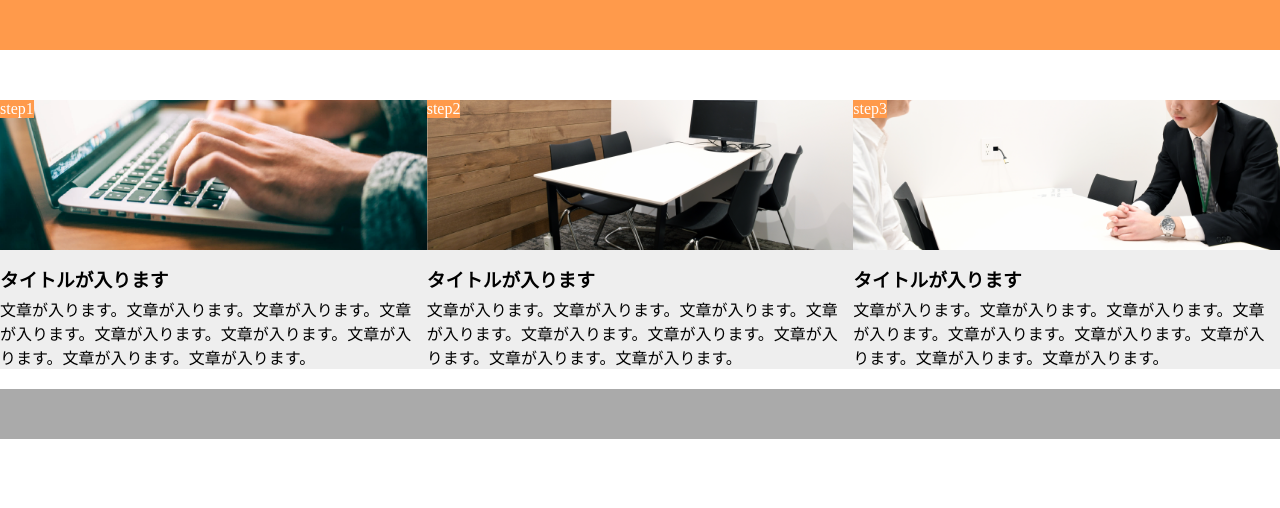
Repository: tttstk518/git-practice
Page: HTML/index.html
The author's editor kept a record of every edit. The page is drawn from the files as they stood at one moment, then again after the next edit.
The browser window is 1280 px wide. The pictures show the whole page.

Above is the page before.

### HTML/index.html
<!DOCTYPE html>
<html lang="ja">
  <head>
    <meta charset="UTF-8" />
    <title>9章演習</title>

    <!-- ビューポートの設定　-->
    <meta name="viewport" content="width=device-width,initial-scale=1">
    <!--　スタイルシートの読み込み　-->
    <link rel="stylesheet" href="style.css" />
  </head>

  <body>

    <header></header>

    <main>

      <div class="step-box">
        <div class="step-img1"></div>
        <span class="step-num">step1</span>
        <h3 class="title">タイトルが入ります</h3>
        <p class="text">
          文章が入ります。文章が入ります。文章が入ります。文章が入ります。文章が入ります。文章が入ります。文章が入ります。文章が入ります。文章が入ります。
        </p>
      </div>


      <div class="step-box">
        <div class="step-img2"></div>
        <span class="step-num">step2</span>
        <h3 class="title">タイトルが入ります</h3>
        <p class="text">
          文章が入ります。文章が入ります。文章が入ります。文章が入ります。文章が入ります。文章が入ります。文章が入ります。文章が入ります。文章が入ります。
        </p>
      </div>

      <div class="step-box">
        <div class="step-img3"></div>
        <span class="step-num">step3</span>
        <h3 class="title">タイトルが入ります</h3>
        <p class="text">
          文章が入ります。文章が入ります。文章が入ります。文章が入ります。文章が入ります。文章が入ります。文章が入ります。文章が入ります。文章が入ります。
        </p>
      </div>
    </main>

    <footer></footer>
  </body>
</html>

### HTML/style.css
* {
  box-sizing: border-box;
  margin: 0;
  padding: 0;
}

header {
  width: 100%;
  height: 50px;
  background-color: #ff9a4b;
}

main {
  width: 100%;
  margin-top: 50px;
  display: flex;
}

.step-box {
  margin-bottom: 20px;
  position: relative;
  background-color: #eee;
}

.step-box:last-child {
  margin-bottom: 20px;
}

.step-img1 {
  height: 150px;
  background-image: url(img/flow01.png);
  background-position: bottom;
  background-size: cover;
}

.step-img2 {
  height: 150px;
  background-image: url(img/flow02.png);
  background-position: bottom;
  background-size: cover;
}

.step-img3 {
  height: 150px;
  background-image: url(img/flow03.png);
  background-position: bottom;
  background-size: cover;
}

.step-num {
  position: absolute;
  top: 0;
  left: 0;
  background-color: #ff9a4b;
  color: #fff;
}

.title {
  margin: 15px 0 5px;
}

footer {
  width: 100%;
  height: 50px;
  background-color: #aaa;
}

@media screen and (max-width: 768px) {

  header {
    width: 90%;
  }

  main {
    width: 90%;
    display: block;
  }

  footer {
    width: 90%;
  }
}

After the next edit:
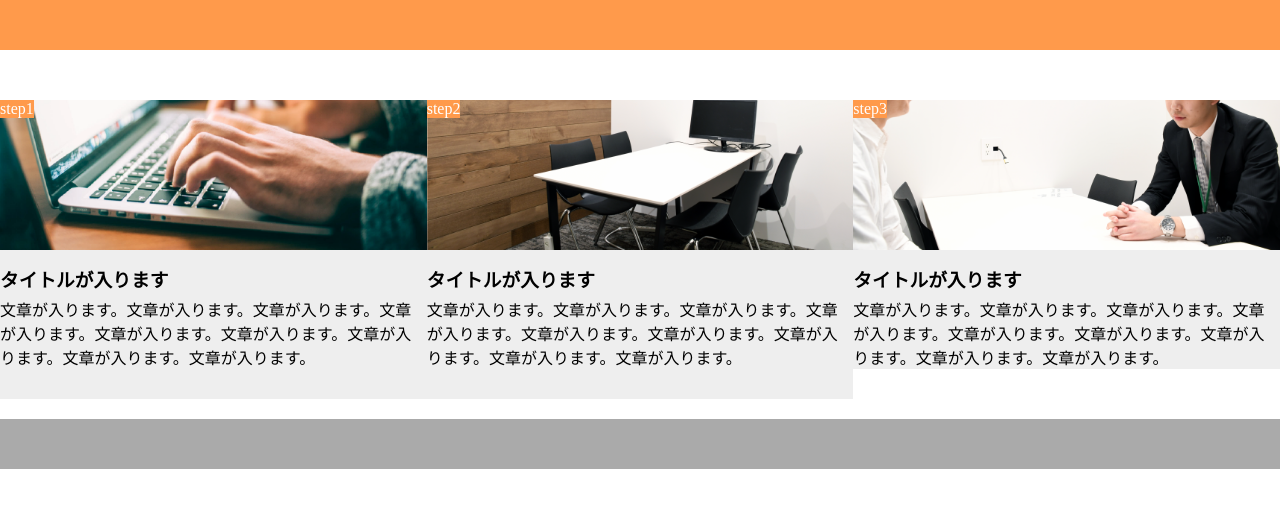
The edit:
--- a/HTML/style.css
+++ b/HTML/style.css
@@ -23,7 +23,7 @@
 }
 
 .step-box:last-child {
-  margin-bottom: 20px;
+  margin-bottom: 50px;
 }
 
 .step-img1 {

After the 2 edits that followed:
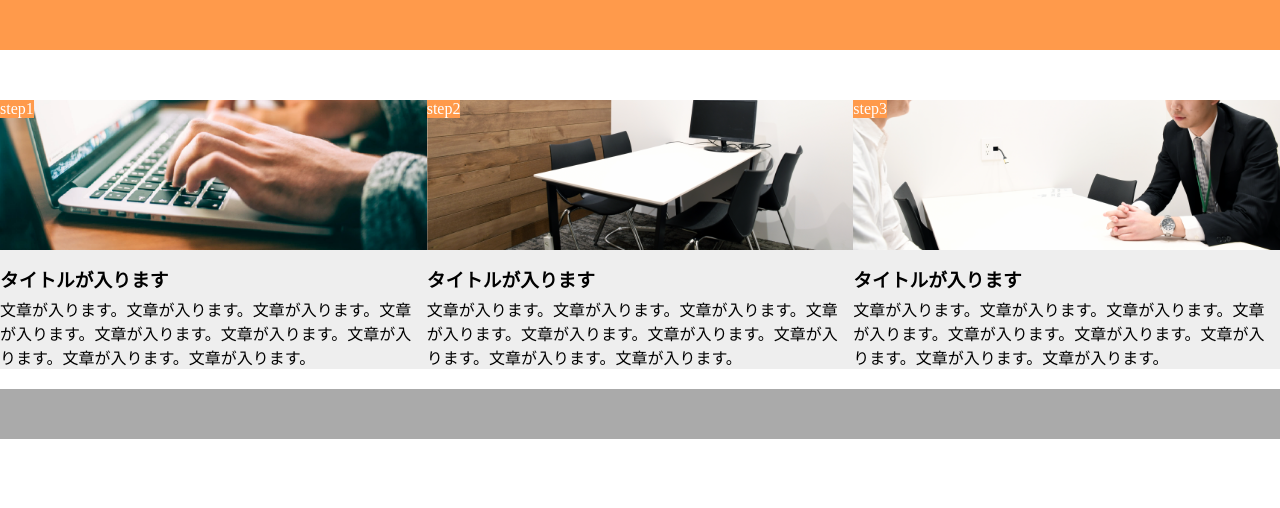
The 2 edits are shown as one change because 1 left the picture as it was.
The edit:
--- a/HTML/style.css
+++ b/HTML/style.css
@@ -13,6 +13,7 @@
 main {
   width: 100%;
   margin-top: 50px;
+  position: relative;
   display: flex;
 }
 
@@ -23,7 +24,7 @@
 }
 
 .step-box:last-child {
-  margin-bottom: 50px;
+  margin-bottom: 20px;
 }
 
 .step-img1 {
